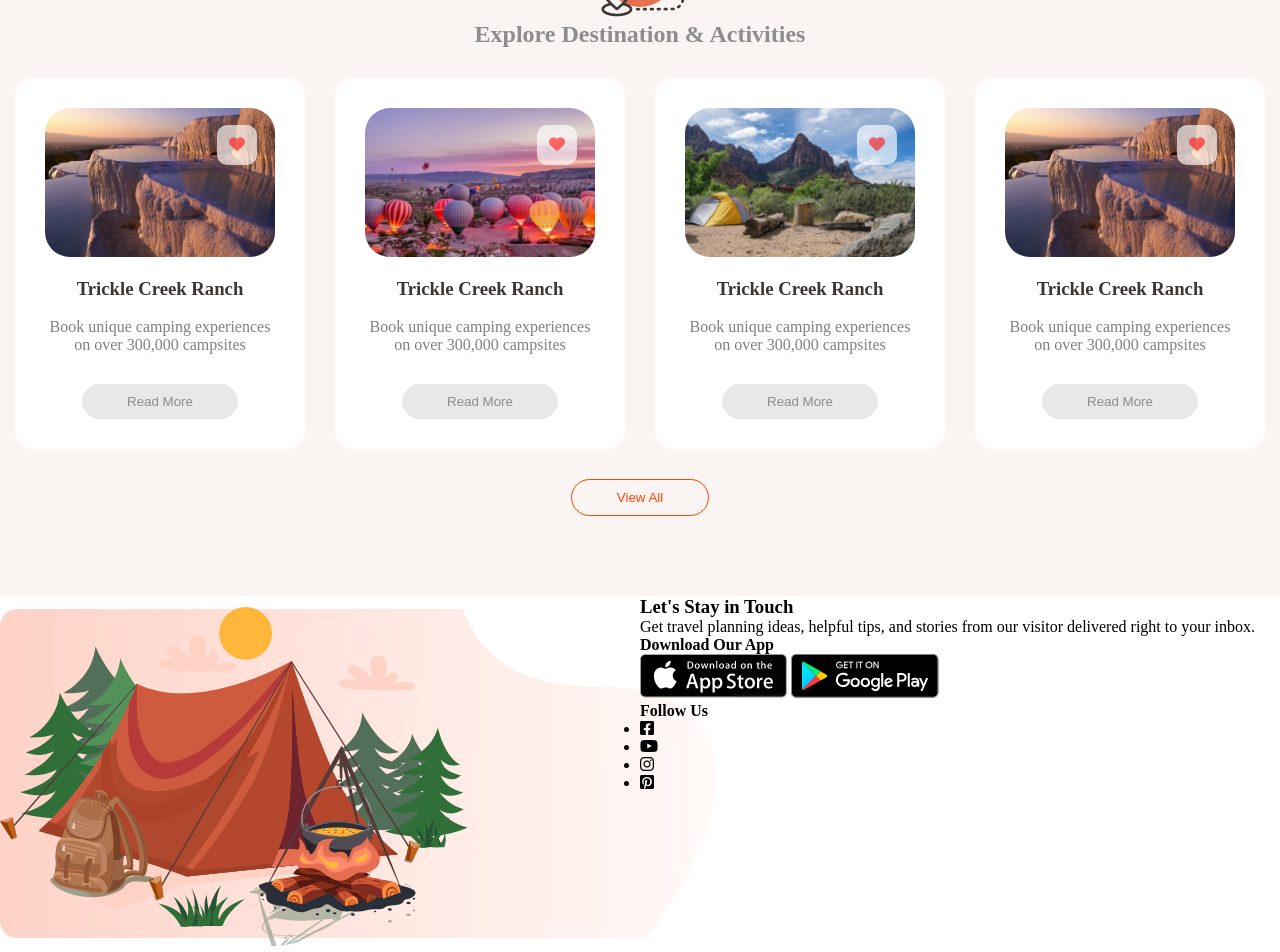
Repository: giahuy405/BC38_Camping_Pham_Gia_Huy
Page: index.html
The author's editor kept a copy of each file at every save. The page is drawn from the files as they stood at one save, then again after the next save.
The browser window is 1280 px wide. The pictures show the part of the page from y = 839 to 1791 px (the page is 1791 px tall).

Above is the page before, as saved 2022-09-13 19:34:56.

### index.html
<!DOCTYPE html>
<html lang="en">
<head>
    <meta charset="UTF-8">
    <meta http-equiv="X-UA-Compatible" content="IE=edge">
    <meta name="viewport" content="width=device-width, initial-scale=1.0">
    <title>Document</title>
    <link rel="stylesheet" href="https://cdnjs.cloudflare.com/ajax/libs/font-awesome/6.2.0/css/all.min.css" integrity="sha512-xh6O/CkQoPOWDdYTDqeRdPCVd1SpvCA9XXcUnZS2FmJNp1coAFzvtCN9BmamE+4aHK8yyUHUSCcJHgXloTyT2A==" crossorigin="anonymous" referrerpolicy="no-referrer" />
    <link rel="stylesheet" href="./css/index.css">
</head>
<body>
    <header>
       <div class="header__items">
            <img src="./img/logoicon.png" alt="">
            <nav>
                <ul>
                    <li><a href="#">Home</a></li>
                    <li><a href="#">Services</a></li>
                    <li><a href="#">Destination</a></li>
                    <li><a href="#">Events</a></li>
                    <li><a href="#">Gallery</a></li>
                    <li><a href="#">Contact us</a></li>
                </ul>
            </nav>
       </div>
    </header>
    <section class="carousel">
        <img src="./img/BG.png" alt="">
    </section>
    <section class="service">
        <img src="./img/Group 313.png" alt="">
        <h1>Explore Destination & Activities</h1>
        <div class="service__cards">
            <div class="service__card">
                <div class="service__item">
                    <img src="./img/product1.png" alt="">
                    <h3>Trickle Creek Ranch</h3>
                    <p>Book unique camping experiences on over 300,000 campsites</p>
                    <button>Read More</button>
                </div>
                <div class="service__heart">
                    <i class="fa fa-heart"></i>
                </div>
            </div>
            <div class="service__card">
                <div class="service__item">
                    <img src="./img/product4.png" alt="">
                    <h3>Trickle Creek Ranch</h3>
                    <p>Book unique camping experiences on over 300,000 campsites</p>
                    <button>Read More</button>
                </div>
                <div class="service__heart">
                    <i class="fa fa-heart"></i>
                </div>
            </div>
            <div class="service__card">
                <div class="service__item">
                    <img src="./img/product5.png" alt="">
                    <h3>Trickle Creek Ranch</h3>
                    <p>Book unique camping experiences on over 300,000 campsites</p>
                    <button>Read More</button>
                </div>
                <div class="service__heart">
                    <i class="fa fa-heart"></i>
                </div>
            </div>
            <div class="service__card">
                <div class="service__item">
                    <img src="./img/product1.png" alt="">
                    <h3>Trickle Creek Ranch</h3>
                    <p>Book unique camping experiences on over 300,000 campsites</p>
                    <button>Read More</button>
                </div>
                <div class="service__heart">
                    <i class="fa fa-heart"></i>
                </div>
            </div>
            <div class="clear"></div>
        </div>
        <button class="service__final-button">View All</button>
    </section>
    <div class="contact">
        <div class="contact__items contact__background">
            <img src="./img/homeicon.png" alt="">
        </div>
        <div class="contact__items">
            <h3>Let's Stay in Touch</h3>
            <p>Get travel planning ideas, helpful tips, and stories from our visitor delivered right to your inbox.</p>
            <div class="content__item">
                <h4>Download Our App</h4>
                <img src="./img/download-on-the-app-store-apple-1.png" alt="">
                <img src="./img/google-play-badge-1.png" alt="">
            </div>
            <div class="content__item">
                <h4>Follow Us</h4>
                <ul>
                    <li><i class="fab fa-facebook-square"></i></li>
                    <li><i class="fab fa-youtube"></i></li>
                    <li><i class="fab fa-instagram"></i></li>
                    <li><i class="fab fa-pinterest-square"></i></li>
                </ul>
            </div>
        </div>
        <div class="clear"></div>
    </div>
</body>
</html>

### css/index.css
*{
    padding: 0;
    margin: 0;
    box-sizing: border-box;
}
.header__items{
    width: 90%;
    margin: 0 auto;
}
header{
    background-color: #f8e1db;
}
nav{
    margin-top: 10px;
    padding-bottom: 10px;
}
nav ul{
    list-style: none;
}
nav li{
    display: inline;
    margin-right:30px;
}
nav a{
    text-decoration: none;
    color: #43403c;
}
nav a:hover{
    color: rgb(160, 5, 5);
}
.clear{
    clear: both;
}
.carousel img{
    height: 600px;
    width: 100%;
}
.service{
    text-align: center;
    padding-top: 70px;
    background-color: #faf4f2;
  padding-bottom: 80px;
}
.service > h1{
    color: #8d8d8d;
    margin-bottom: 30px;
}
.service__cards{
    width: 100%;

}
.service__card{
    float: left;
    width: 25%;
    padding: 0 15px;
    position: relative;
}
.service__item{
    background-color: white;
    border-radius: 18px;
    padding: 30px 30px;

}
.service__item img{
    border-radius: 25px;
    width: 100%;
}
.service__heart{
    position: absolute;
    top: 47px;
    right: 63px;
    width: 40px;
    height: 40px;
    line-height: 40px;
    color: rgba(255, 0, 0, 0.555);
    background-color: rgba(255, 255, 255, 0.651);
    border-radius: 10px;
}
.service__item h3{
    line-height: 3;
    color: #3a3735;
}
.service__item p{
    color: gray;
}
.service__card button{
    padding: 10px 45px;
    background-color: #e8e8e8;
    color: #8d8d8d;
    border-radius: 20px;
    border: none;
    margin-top: 30px;
    cursor: pointer;
}
.service__card button:hover{
    background-color: #7e7e7e;
    color: white;
}
.service__final-button{
    padding: 10px 45px;
    background-color: transparent;
    color: orangered;
    border-radius: 20px;
    border: 1px solid orangered;
    margin-top: 30px;
    cursor: pointer;
}
.service__final-button:hover{
    background-color: #3a3735;
    color: white;
}
.contact{
    background-image: url(../img/mask.png);
    background-position: center;
    background-repeat: no-repeat;
    background-size: 100%;
}

.contact__items{
    float: left;
    width: 50%;
}
.contact__items{

}

After the next save:
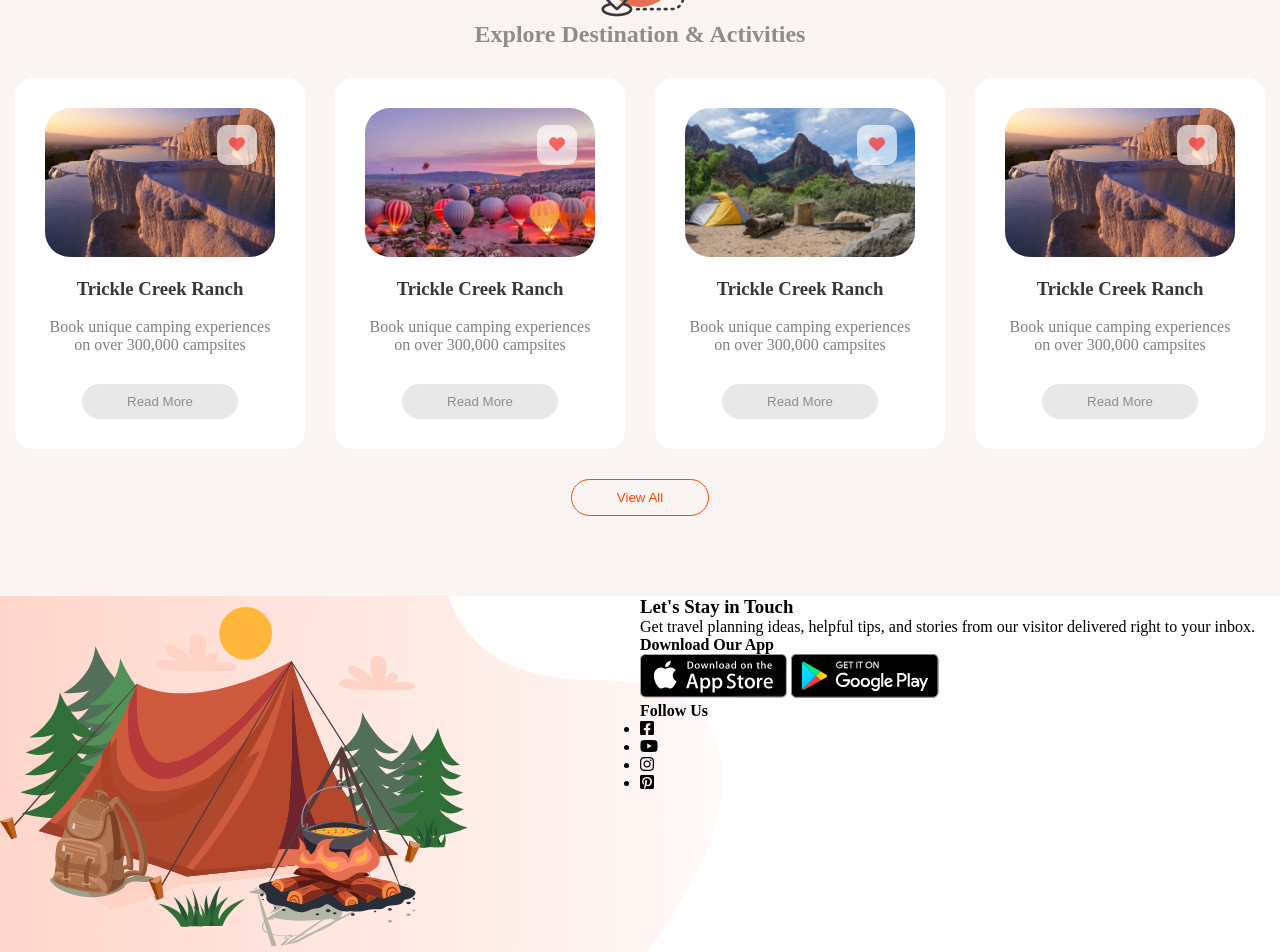
Saved 23 s later.
--- a/css/index.css
+++ b/css/index.css
@@ -113,7 +113,7 @@
     background-image: url(../img/mask.png);
     background-position: center;
     background-repeat: no-repeat;
-    background-size: 100%;
+    background-size: cover;
 }
 
 .contact__items{
